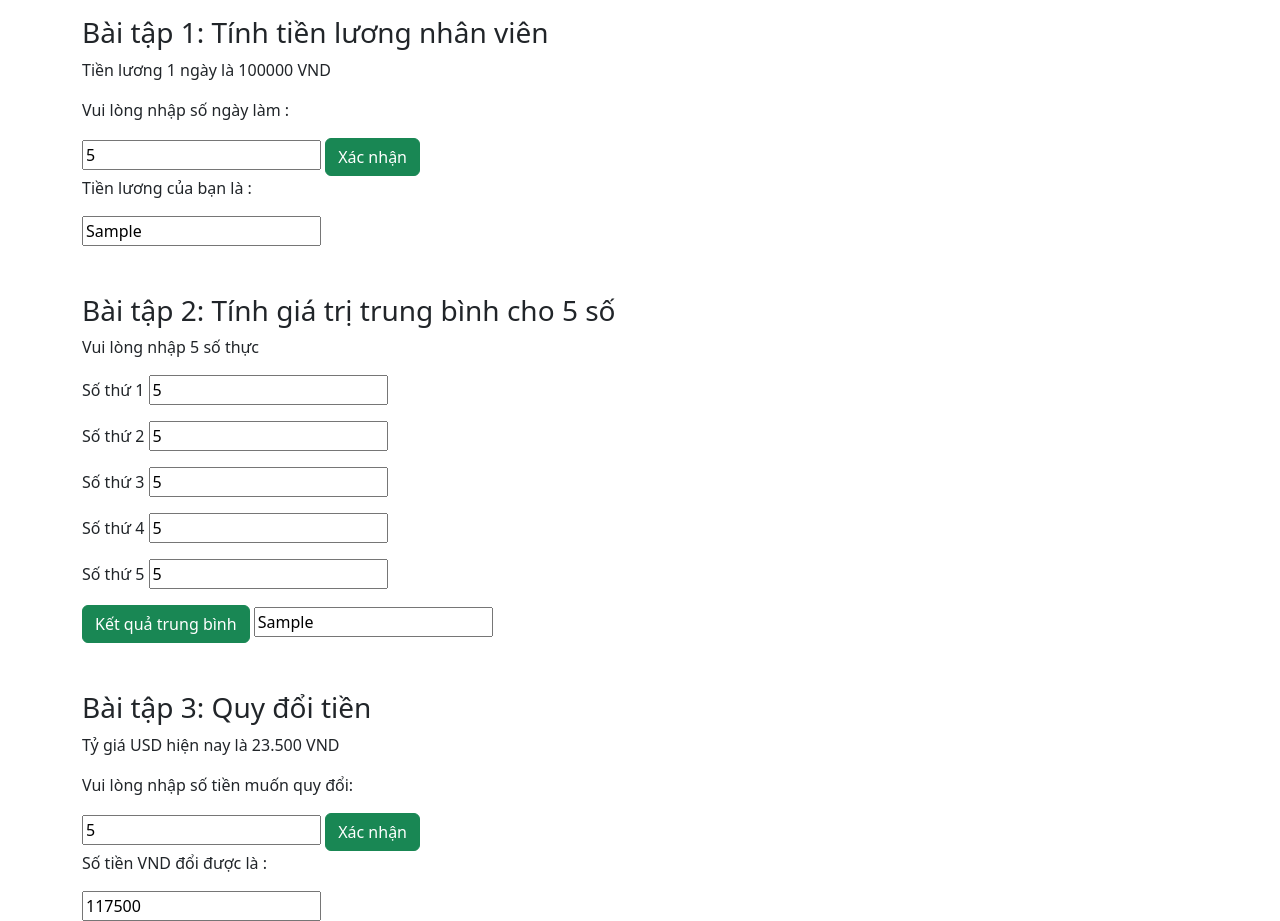
Repository: hcozyph/TranHuuPhuoc_BC43_BT_JS_Buoi2
Page: index.html
The author's editor kept a copy of each file at every save. The page is drawn from the files as they stood at one save, then again after the next save.
The browser window is 1280 px wide. The pictures show the whole page.
Empty fields were first filled with sample values (such as "Sample", 5 or name@example.com).
After loading, the first visible `#btnTradeMoney` was clicked once.

Above is the page before, as saved 2023-01-21 22:34:04.

After the next save:
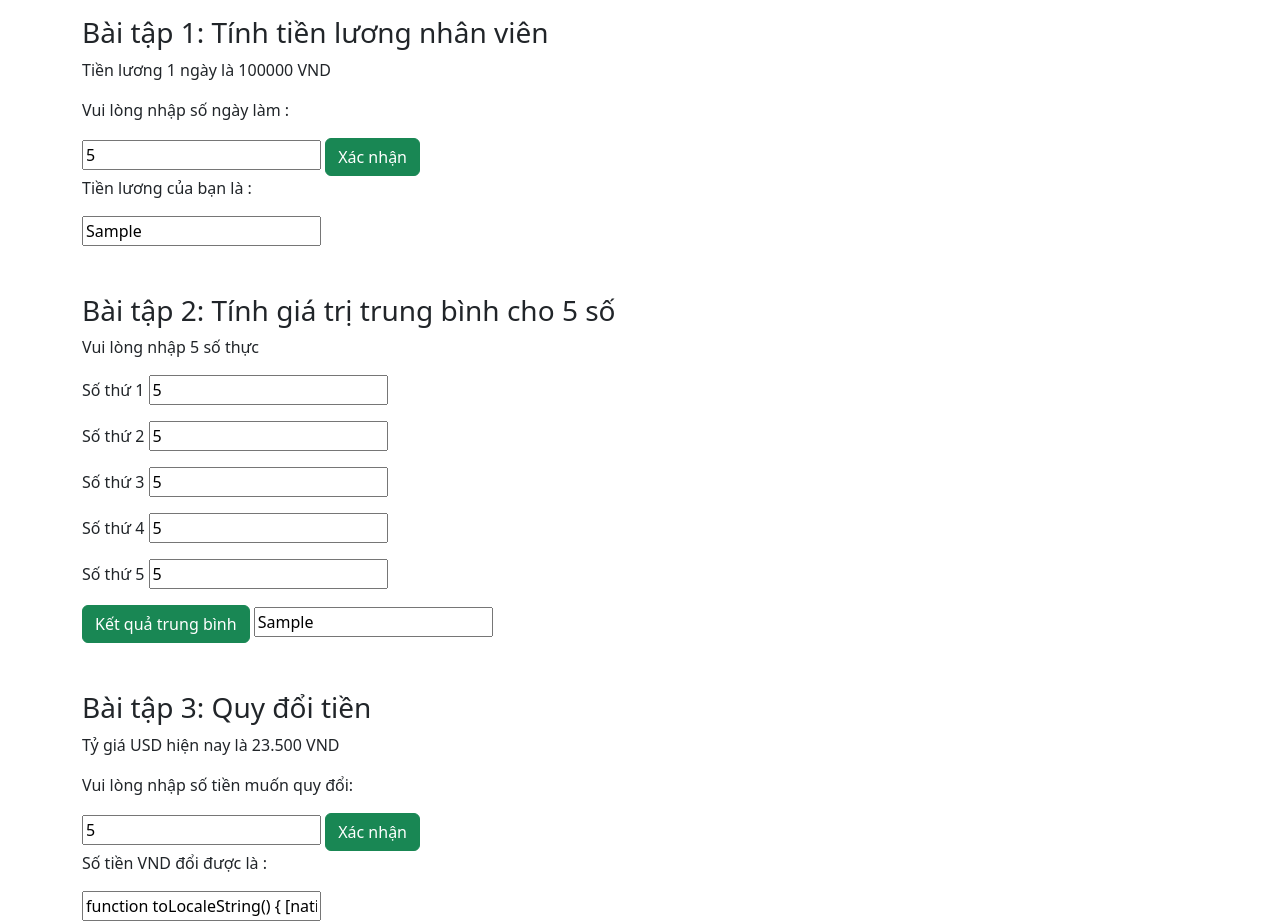
Saved 17 s later.
--- a/index.js
+++ b/index.js
@@ -40,7 +40,7 @@ function tradeMoney () {
     var tradeMoney = 0;
 
     var tradeMoney = parseInt(inputUsd) * parseInt(tyGia);
-    document.getElementById('tradeMoney').value = tradeMoney;
+    document.getElementById('tradeMoney').value = tradeMoney.toLocaleString;
 
 
 }
